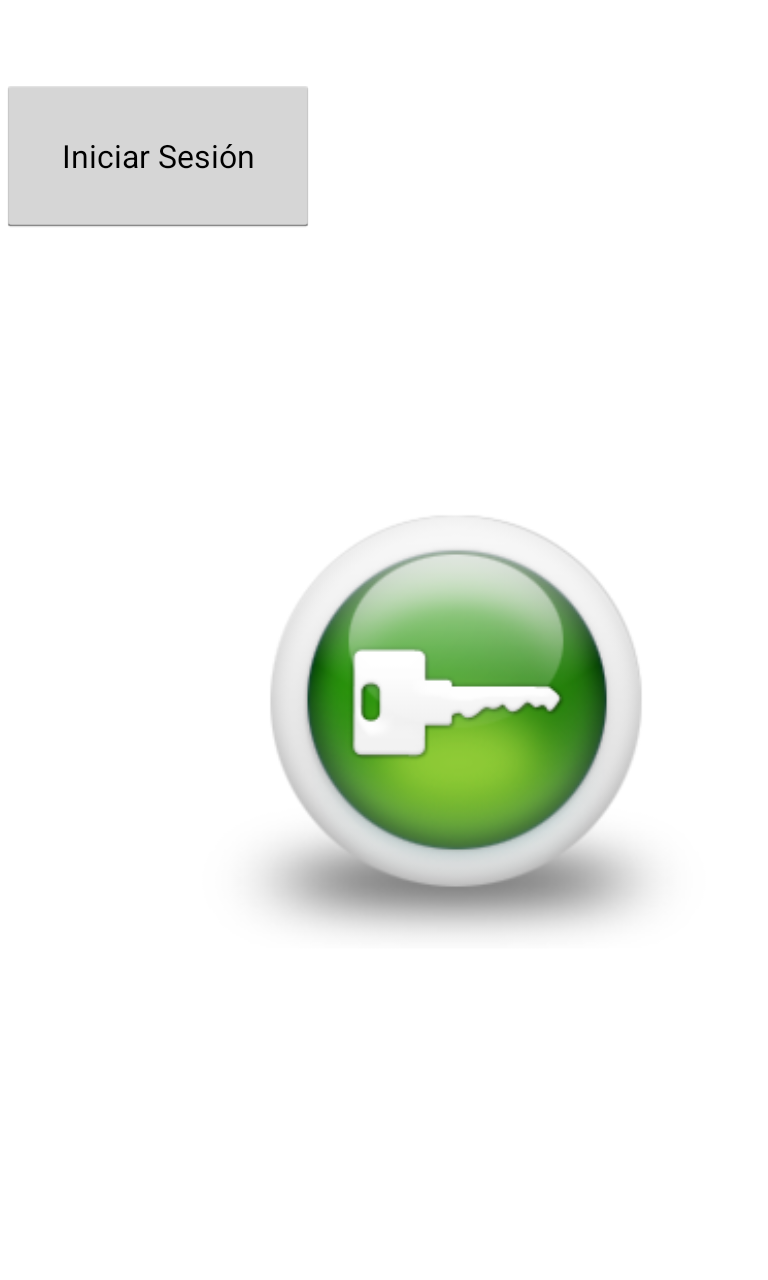
Repository: jlcd0004/sm_p11_practica1
Layout: Practica1/res/layout/fragmento2.xml
The author's editor kept a copy of each file at every save. The layout is drawn from the files as they stood at one save, then again after the next save.
It is drawn on a 768 x 1280 px phone screen (xhdpi) without system bars, with theme AppTheme; the app's code is not run.

Above is the layout before, as saved 2015-10-16 18:13:20.

After the next save:
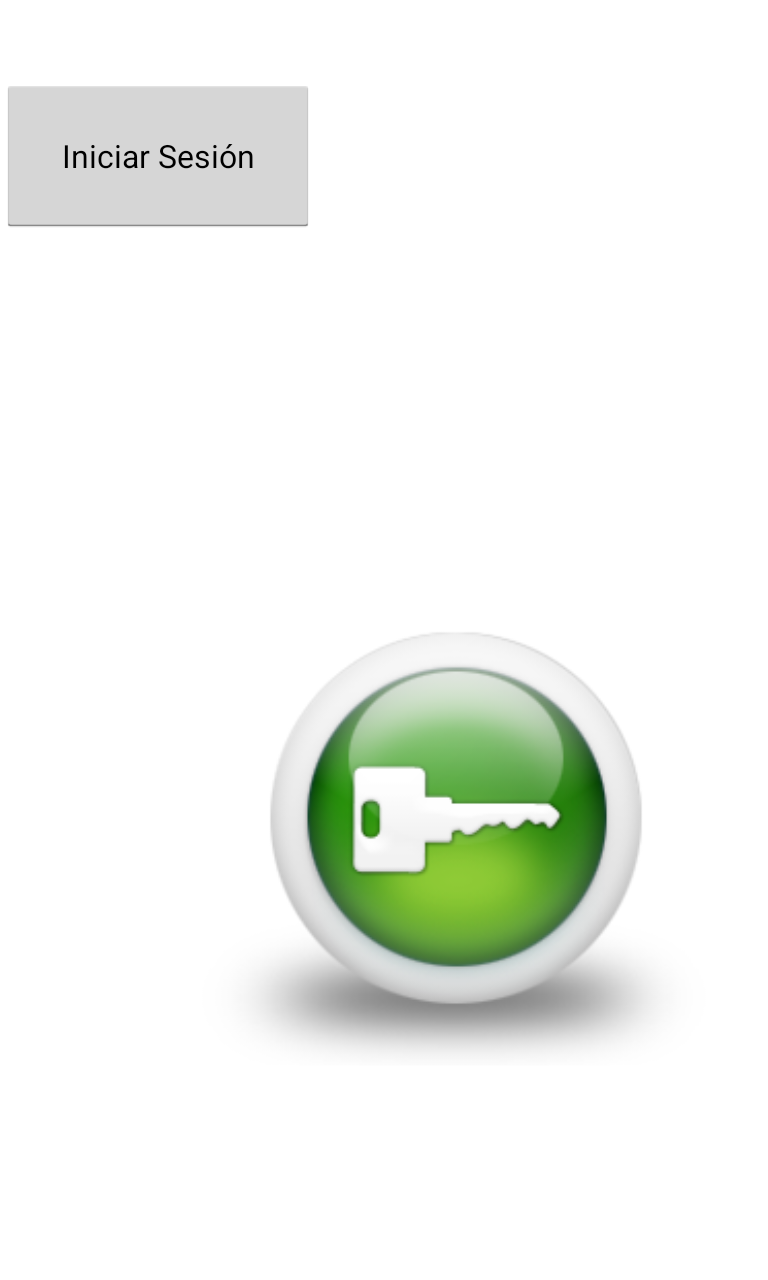
Saved 34 s later.
--- a/Practica1/res/layout/fragmento2.xml
+++ b/Practica1/res/layout/fragmento2.xml
@@ -1,8 +1,9 @@
 <?xml version="1.0" encoding="utf-8"?>
-<FrameLayout xmlns:android="http://schemas.android.com/apk/res/android"
-    android:id="@+id/FrameLayout1"
+<LinearLayout xmlns:android="http://schemas.android.com/apk/res/android"
+    android:id="@+id/LinearLayout1"
     android:layout_width="match_parent"
-    android:layout_height="match_parent" >
+    android:layout_height="match_parent"
+    android:orientation="vertical" >
 
     <Button
         android:id="@+id/button1"
@@ -20,4 +21,4 @@
         android:layout_marginTop="63dp"
         android:src="@drawable/icono" />
 
-</FrameLayout>
+</LinearLayout>
